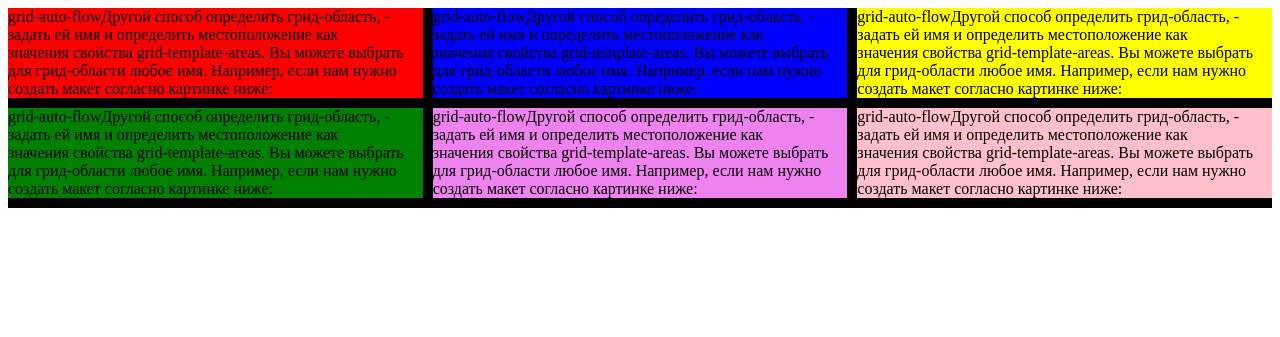
Repository: IrinaGetmanenko/week6
Page: tables.html
These files come from the project's save history. The page is drawn as it stood at one moment and after the next save; the edit follows.
The browser window is 1280 px wide. The pictures show the whole page.

Above is the page before, as saved 2022-09-02 11:55:03.

### tables.html
<!DOCTYPE html>
<html lang="en">
<head>
    <meta charset="UTF-8">
    <meta http-equiv="X-UA-Compatible" content="IE=edge">
    <meta name="viewport" content="width=device-width, initial-scale=1.0">
    <title>Document</title>
</head>
<style>

.grid {
  display: grid;
  grid-template-columns: 1fr 1fr 1fr;
  grid-template-rows: min-content max-content max-content;
  gap: 10px;
  background-color: black;
}

.grid-item1 {
    background-color: red;

}
.grid-item2 {
    background-color: blue;
}
.grid-item3 {
    background-color: yellow;

}
.grid-item4 {
    background-color: green;
}
.grid-item5 {
    background-color: violet;
}
.grid-item6 {
    background-color: pink;

</style>
<body>
        <div class="grid">
        <div class="grid-item grid-item1">grid-auto-flowДругой способ определить грид-область, - задать ей имя и определить местоположение как значения свойства grid-template-areas. Вы можете выбрать для грид-области любое имя. Например, если нам нужно создать макет согласно картинке ниже:</div>
        <div class="grid-item grid-item2">grid-auto-flowДругой способ определить грид-область, - задать ей имя и определить местоположение как значения свойства grid-template-areas. Вы можете выбрать для грид-области любое имя. Например, если нам нужно создать макет согласно картинке ниже:</div>
        <div class="grid-item grid-item3">grid-auto-flowДругой способ определить грид-область, - задать ей имя и определить местоположение как значения свойства grid-template-areas. Вы можете выбрать для грид-области любое имя. Например, если нам нужно создать макет согласно картинке ниже:</div>
        <div class="grid-item grid-item4">grid-auto-flowДругой способ определить грид-область, - задать ей имя и определить местоположение как значения свойства grid-template-areas. Вы можете выбрать для грид-области любое имя. Например, если нам нужно создать макет согласно картинке ниже:</div>
        <div class="grid-item grid-item5">grid-auto-flowДругой способ определить грид-область, - задать ей имя и определить местоположение как значения свойства grid-template-areas. Вы можете выбрать для грид-области любое имя. Например, если нам нужно создать макет согласно картинке ниже:</div>
        <div class="grid-item grid-item6">grid-auto-flowДругой способ определить грид-область, - задать ей имя и определить местоположение как значения свойства grid-template-areas. Вы можете выбрать для грид-области любое имя. Например, если нам нужно создать макет согласно картинке ниже:</div>
      </div>
</body>
</html>

After the next save:
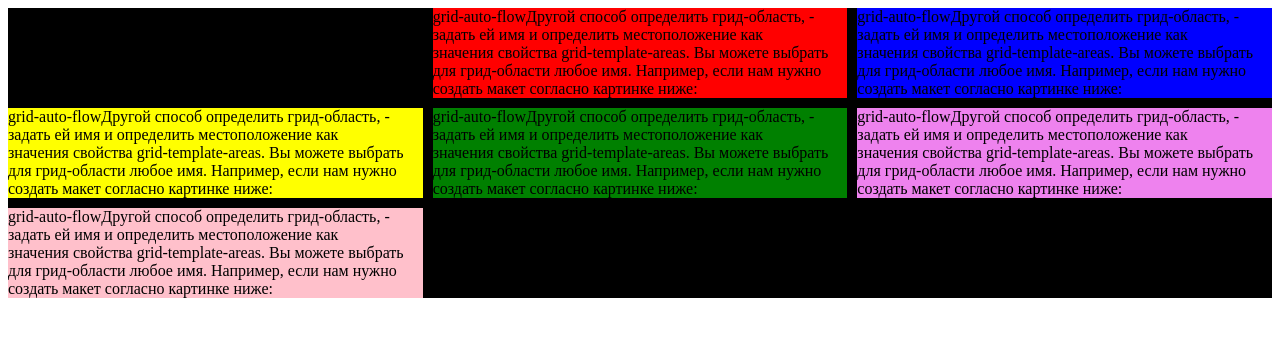
Saved 52 s later.
--- a/tables.html
+++ b/tables.html
@@ -18,7 +18,8 @@
 
 .grid-item1 {
     background-color: red;
-
+    grid-column-start: 3;
+    grid-column-end: 2;
 }
 .grid-item2 {
     background-color: blue;
